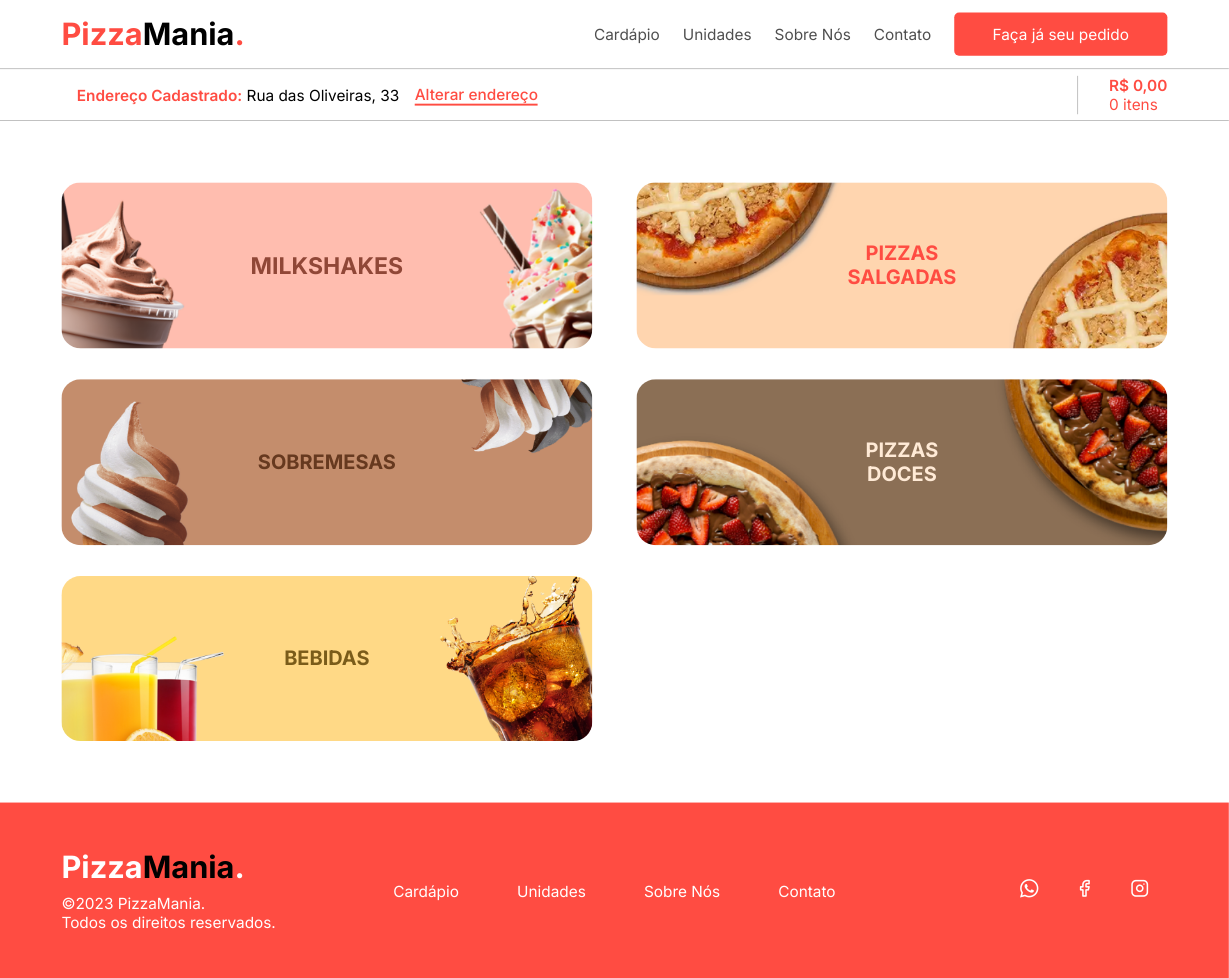
Repository: lucas-albuq/PizzaMania
Page: assets/pages/cardapio.html
These files come from the project's save history. The page is drawn as it stood at one moment and after the next save; the edit follows.
The browser window is 1280 px wide. The pictures show the whole page, at 96% of full size.
The pointer rests on the first visible `.categorias-cardapio a`.
Some icons come from a web library that is not loaded, so they are not drawn. Some web libraries are served in a nearby version.

Above is the page before, as saved 2024-01-04 21:59:00.

### assets/pages/cardapio.html
<!DOCTYPE html>
<html lang="en">
<head>
    <meta charset="UTF-8">
    <meta name="viewport" content="width=device-width, initial-scale=1.0">
    <title>PizzaMania. - Cardápio</title>
    <link rel='stylesheet' href='https://cdn-uicons.flaticon.com/2.0.0/uicons-regular-rounded/css/uicons-regular-rounded.css'>
    <link rel="stylesheet" href="/assets/fonts/style.css">
    <link rel="stylesheet" href="/assets/css/pizzamania.css">
</head>
<body>
    <div id="header"></div>
    <main>
        <div class="categorias-cardapio">
            <a href="#">
                <div class="milkshakes">
                    <h2>Milkshakes</h2>
                </div>
            </a>
            <a href="#">
                <div class="pizzas-salgadas">
                    <h2>Pizzas <br>Salgadas</h2>
                </div>
            </a>
            <a href="#">
                <div class="sobremesas">
                    <h2>Sobremesas</h2>
                </div>
            </a>
            <a href="#">
                <div class="pizzas-doces">
                    <h2>Pizzas <br>Doces</h2>
                </div>
            </a>
            <a href="#">
                <div class="bebidas">
                    <h2>Bebidas</h2>
                </div>
            </a>
        </div>
    </main>
    <div id="footer"></div>
    <script src="https://ajax.googleapis.com/ajax/libs/jquery/3.1.0/jquery.min.js"></script>
    <script src="../../main.js"></script>
</body>
</html>

### assets/fonts/style.css
@font-face {
  font-family: 'icomoon';
  src:  url('fonts/icomoon.eot?r532as');
  src:  url('fonts/icomoon.eot?r532as#iefix') format('embedded-opentype'),
    url('fonts/icomoon.ttf?r532as') format('truetype'),
    url('fonts/icomoon.woff?r532as') format('woff'),
    url('fonts/icomoon.svg?r532as#icomoon') format('svg');
  font-weight: normal;
  font-style: normal;
  font-display: block;
}

[class^="icon-"], [class*=" icon-"] {
  /* use !important to prevent issues with browser extensions that change fonts */
  font-family: 'icomoon' !important;
  speak: never;
  font-style: normal;
  font-weight: normal;
  font-variant: normal;
  text-transform: none;
  line-height: 1;

  /* Better Font Rendering =========== */
  -webkit-font-smoothing: antialiased;
  -moz-osx-font-smoothing: grayscale;
}

.icon-delivery:before {
  content: "\e909";
}
.icon-pizza:before {
  content: "\e90a";
}
.icon-fatia:before {
  content: "\e90b";
}
.icon-whatsapp:before {
  content: "\e900";
}
.icon-brand:before {
  content: "\e900";
}
.icon-social:before {
  content: "\e900";
}
.icon-facebook:before {
  content: "\e902";
}
.icon-instagram:before {
  content: "\e903";
}
.icon-mail:before {
  content: "\e904";
}
.icon-map-pin:before {
  content: "\e905";
}
.icon-menu:before {
  content: "\e901";
}
.icon-phone:before {
  content: "\e906";
}
.icon-x:before {
  content: "\e907";
}
.icon-youtube:before {
  content: "\e908";
}

### assets/css/pizzamania.css
@import url('https://fonts.googleapis.com/css2?family=Inter:wght@100;200;300;400;500;600;700;800;900&display=swap');

:root {
  --base-hue: 3;
  --primary-color: hsl(var(--base-hue), 100%, 63%);
  --secondary-color: hsl(var(--base-hue), 0%, 0%);
  --text-color: hsl(var(--base-hue), 0%, 31%);
  --text-hover-color: hsl(var(--base-hue), 0%, 51%);
  --background-color: hsl(var(--base-hue), 0%, 100%);
  --button-background: hsl(var(--base-hue), 100%, 63%);
  --button-hover-background: hsl(var(--base-hue), 67%, 47%);
  --divider-color: hsl(var(--base-hue), 0%, 75%);
  --shadow-color:rgba(0, 0, 0, 0.25);
  --box-shadow: 0px 2px 8px 0px rgba(0, 0, 0, 0.25);
}

* {
  padding: 0;
  margin: 0;
  scroll-behavior: smooth;
  font-family: 'Inter', sans-serif;
  box-sizing: border-box;
}

header {
  display: flex;
  flex-direction: column;
  align-items: center;
}

main{
  max-width: 80em;
  width: 90%;
  margin: 4em auto;
  display: flex;
  flex-direction: column;
  gap: 4em;
}

section{
  display: flex;
  flex-direction: column;
  gap: 2em;
}

h2{
  font-size: 1.3em;
  color: var(--primary-color);
  text-transform: uppercase;
}

h3{
  font-size: 1.2em;
}

.header1, .header2 {
  display: flex;
  max-width: 80em;
  width: 90%;
  justify-content: space-between;
  align-items: center;
}

.header1 {
  padding: .8em 0;
}

.header2 {
  padding: .4em 0;
}

.header1 h1 a {
  color: var(--primary-color);
  font-size: 2rem;
}

.header1 h1 span {
  color: var(--secondary-color);
}

.header1_menus {
  display: flex;
  gap: 1.5em;
}

.header1 nav {
  display: flex;
  align-items: center;
}

.header1 ul {
  display: flex;
  list-style-type: none;
  align-items: center;
  justify-content: center;
  gap: 1.5em;
  align-items: center;
}

.header1 a {
  text-decoration: none;
  color: var(--text-color);
  font-size: 1rem;
  transition: color .2s;
}

.header1 nav a:hover {
  color: var(--text-hover-color);
}

.header1 button {
  padding: .8em 2.5em;
  border-radius: 5px;
  line-height: initial;
  align-self: center;
  background-color: var(--button-background);
  border: none;
  color: #FFF;
  font-size: 1rem;
  cursor: pointer;
  transition: background .2s;
}

.header1 button:hover {
  background-color: var(--button-hover-background);
}

.divider {
  border-bottom: 1px solid var(--divider-color);
  width: 100%;
}

.header2 .endereco, .header2 .carrinho {
  display: flex;
  gap: 1em;
  align-items: center;
}

.header2 .carrinho {
  border-left: 1px solid var(--divider-color);
  padding-left: 1em;
  cursor: pointer;
}

.header2 .fi, .header2 span, .carrinho p {
  color: var(--primary-color);
  transition: color .2s;
}

.header2 .endereco button {
  background: none;
  border: none;
  font-size: 1rem;
  color: var(--primary-color);
  font-weight: 500;
  border-bottom: 2px solid var(--primary-color);
  cursor: pointer;
  transition: color .2s;
}

.header2 .endereco button:hover {
  color: var(--button-hover-background);
  border-color: var(--button-hover-background);
}

.header2 .carrinho:hover .valor p, .carrinho:hover .fi {
  color: var(--button-hover-background);
}

.header2 span, .carrinho p:first-child {
  font-weight: 600;
}

footer{
  background-color: var(--primary-color);
}
footer .footer{
  display: flex;
  max-width: 80em;
  width: 90%;
  margin: 0 auto;
  justify-content: space-between;
  align-items: center;
  padding: 3em 0;
}
.footer .footer-menu{
  width: 40%;
}
.footer .footer-menu ul{
  display: flex;
  list-style-type: none;
  justify-content: space-between;
}
.footer .footer-menu a{
  color: var(--background-color);
  text-decoration: none;
  transition: color .2s
}
.footer-menu a:hover{
  color: var(--divider-color)
}
.footer-logo-copy, .footer-social-medias{
  width: 20%;
}
.footer-social-medias{
  display: flex;
  justify-content: end;
  align-items: center;
}
.footer-social-medias a{
  text-decoration: none;
}
.footer-social-medias div {
  color: var(--background-color);
  font-size: 1.2rem;
  padding: 1em;
  transition: all .5s ease;
}

.footer-social-medias div:hover {
  transform: translateY(-5px);
}
.footer-social-medias div::after{
  content: "";
  display: block;
  width: 0;
  height: 3px;
  margin-top: 3px;
  border-radius: 5px;
  background: var(--background-color);
  transition: all .2s ease;
}
.footer-social-medias div:hover::after{
  width: 100%;
}
.footer-logo-copy{
  display: flex;
  flex-direction: column;
  gap: .5em;
  color: var(--background-color)
}
.footer-logo-copy a{
  color: var(--background-color);
  text-decoration: none;
}
.footer-logo-copy a span{
  color: var(--secondary-color);
}
.servicos > div{
  display: flex;
  justify-content: space-between;
}
.servicos > div > div{
  box-shadow: var(--box-shadow);
  display: flex;
  flex-direction: column;
  align-items: center;
  justify-content: center;
  padding: 2.5em;
  width: 30%;
  gap: 1.5em;
  border-radius: 20px;
  border-bottom: var(--primary-color) solid 8px;
}

.servicos img{
  height: 3.5em;
}

.servicos p{
  text-align: center;
}

.carrossel .swiper {
  width: 100%;
  aspect-ratio: 16/6;
  border-radius: 20px;
}
.carrossel .swiper img{
  width: 100%;
  aspect-ratio: 16/6;
  filter: brightness(75%);
}
.swiper-pagination-bullet{
  padding: 3px;
}
.swiper-pagination-bullet-active{
  background: var(--primary-color);
}
.swiper-button-next, .swiper-button-prev{
  color: #FFF
}
.promocoes .swiper-slide, .assessments .swiper-slide{
  padding: 1em .2em;
}
.promocoes .card{
  display: flex;
  flex-direction: column;
  padding: 2em;
  gap: 2em;
  box-shadow: var(--box-shadow);
  border-radius: 20px;
}
.promocoes .card-top, .promocoes .card-bottom{
  display: flex;
  justify-content: space-between;
}
.promocoes .card-top-text{
  width: 65%;
  display: flex;
  flex-direction: column;
  gap: 1em;
}
.promocoes .card-top-image{
  width: 35%;
}
.promocoes .card-top-image img{
  width: 100%;
}
.promocoes .card-bottom p span{
  font-weight: bold;
  font-size: 1.2em;
}
.promocoes .card-bottom button{
  border: none;
  background: var(--button-background);
  padding: 0 3em;
  border-radius: 5px;
  color: #FFF;
  font-size: 1rem;
  cursor: pointer;
  transition: background .2s;
}
.promocoes .card-bottom button:hover{
  background: var(--button-hover-background);
}
.swiper-container{
  overflow: hidden;
}
/*Novamente reutilizando código antigo meu (é meu msm)*/
.assessments .assessments__container .swiper-wrapper{
  display: flex;
  flex-wrap: nowrap;
}
.assessments .assessments__container .assessments__assessment blockquote{
  padding: 2em;
  box-shadow: var(--box-shadow);
  border-radius: 20px;
  height: auto;
  width: 100%;
}
.assessments .assessments__container .assessments__assessment p{
  position: relative;
  text-indent: 1.875rem;
  margin-bottom: 1.5rem;
  color: var(--title-color);
}
.assessments .assessments__container .assessments__assessment p span{
  font-size: 4rem;
  font-family: serif;
  font-weight: 700;
  position: absolute;
  color: var(--primary-color);
  top: -1.375rem;
  left: -2.300rem;
}
.assessments .assessments__container .assessments__assessment cite {
  display: flex;
  align-items: center;
  font-style: normal;
  text-transform: capitalize;
}
.assessments .assessments__container .assessments__assessment cite img{
  height: 2rem;
  width: 2rem;
  object-fit: cover;
  clip-path: circle();
  margin-right: 0.5rem;
}
.categorias-cardapio{
  display: flex;
  flex-wrap: wrap;
  gap: 2em;
  justify-content: space-between;
}
.categorias-cardapio div{
  text-align: center;
  height: 100%;
  display: flex;
  align-items: center;
  justify-content: center;
  border-radius: 20px;
  background-size: 100% auto;
  background-position: center;
  background-repeat: no-repeat;
  aspect-ratio: 16/5;
  transition: all .2s;
}
.categorias-cardapio a{
  text-decoration: none;
  flex: 0 0 48%;
}

.categorias-cardapio h2{
  transition: all .2s;
}

.categorias-cardapio a:hover h2{
  font-size: 1.5em
}
.categorias-cardapio a:hover div{
  background-size: 120% auto;
}

.categorias-cardapio .milkshakes{
  background-image: url("/assets/images/Milkshakes.png");

}
.categorias-cardapio .milkshakes h2{
  color: #904737;
}

.categorias-cardapio .pizzas-salgadas{
  background-image: url("/assets/images/pizzasSalgadas.png");
}

.categorias-cardapio .sobremesas h2{
  color: #66391F;
}

.categorias-cardapio .sobremesas{
  background-image: url("/assets/images/sobremesas.png");
}
.categorias-cardapio .pizzas-doces{
  background-image: url("/assets/images/pizzasDoces.png");
}

.categorias-cardapio .pizzas-doces h2{
  color: #FFEAD6;
}

.categorias-cardapio .bebidas{
  background-image: url("/assets/images/bebidas.png");
}

.categorias-cardapio .bebidas h2{
  color: #7A5C1A;
}

### main.js
document.addEventListener('DOMContentLoaded', function() {
    const header = document.getElementById('header');
    const footer = document.getElementById('footer');

    fetch('/assets/html/header.html')
        .then(response => response.text())
        .then(data => {
            header.innerHTML = data;

            const fazerPedido = document.querySelector(".header1_menus button");
            fazerPedido.addEventListener("click", () => window.open('./assets/pages/cardapio.html', '_self'));
        });

    fetch('/assets/html/footer.html')
        .then(response => response.text())
        .then(data => {
            footer.innerHTML = data;
        });
});

### assets/html/header.html
<header>
        <div class="header1">
            <h1><a href="/index.html">Pizza<span>Mania</span>.</a></h1>
            <div class="header1_menus">
                <nav>
                    <ul>
                        <li><a href="#">Cardápio</a></li>
                        <li><a href="#">Unidades</a></li>
                        <li><a href="#">Sobre Nós</a></li>
                        <li><a href="#">Contato</a></li>
                    </ul>
                </nav>
                <button>
                    Faça já seu pedido
                </button>
            </div>
        </div>
        <div class="divider"></div>
        <div class="header2">
            <div class="endereco">
                <i class="fi fi-rr-home"></i>
                <p><span>Endereço Cadastrado:</span> Rua das Oliveiras, 33</p>
                <button>Alterar endereço</button>
            </div>
            <div class="carrinho">
                <i class="fi fi-rr-shopping-cart"></i>
                <div class="valor">
                    <p>R$ 0,00</p>
                    <p>0 itens</p>
                </div>
            </div>
        </div>
        <div class="divider"></div>
    </header>

### assets/html/footer.html
<footer>
    <div class="footer">
        <div class="footer-logo-copy">
            <h1><a href="/index.html">Pizza<span>Mania</span>.</a></h1>
            <p>
                ©2023 PizzaMania. <br>
                Todos os direitos reservados.
            </p>
        </div>
        <nav class="footer-menu">
            <ul>
                <li><a href="">Cardápio</a></li>
                <li><a href="">Unidades</a></li>
                <li><a href="">Sobre Nós</a></li>
                <li><a href="">Contato</a></li>
            </ul>
        </nav>
        <div class="footer-social-medias">
            <a href="#">
                <div class="icon-whatsapp"></div>
            </a>
            <a href="#">
                <div class="icon-facebook"></div>
            </a>
            <a href="#">
                <div class="icon-instagram"></div>
            </a>
        </div>
    </div>
</footer>

After the next save:
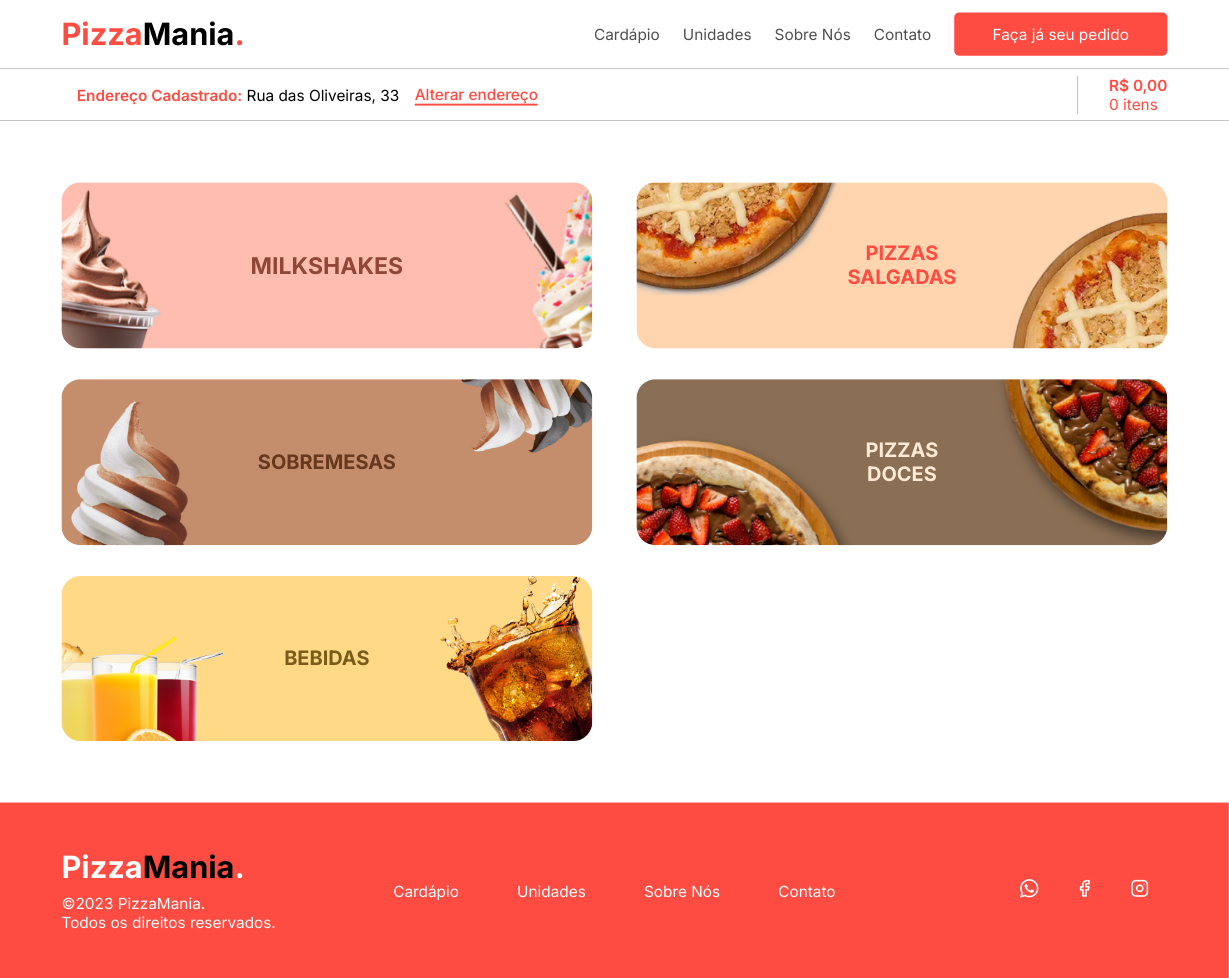
Saved 11 s later.
--- a/assets/css/pizzamania.css
+++ b/assets/css/pizzamania.css
@@ -409,7 +409,7 @@ footer .footer{
   font-size: 1.5em
 }
 .categorias-cardapio a:hover div{
-  background-size: 120% auto;
+  background-size: 140% auto;
 }
 
 .categorias-cardapio .milkshakes{
